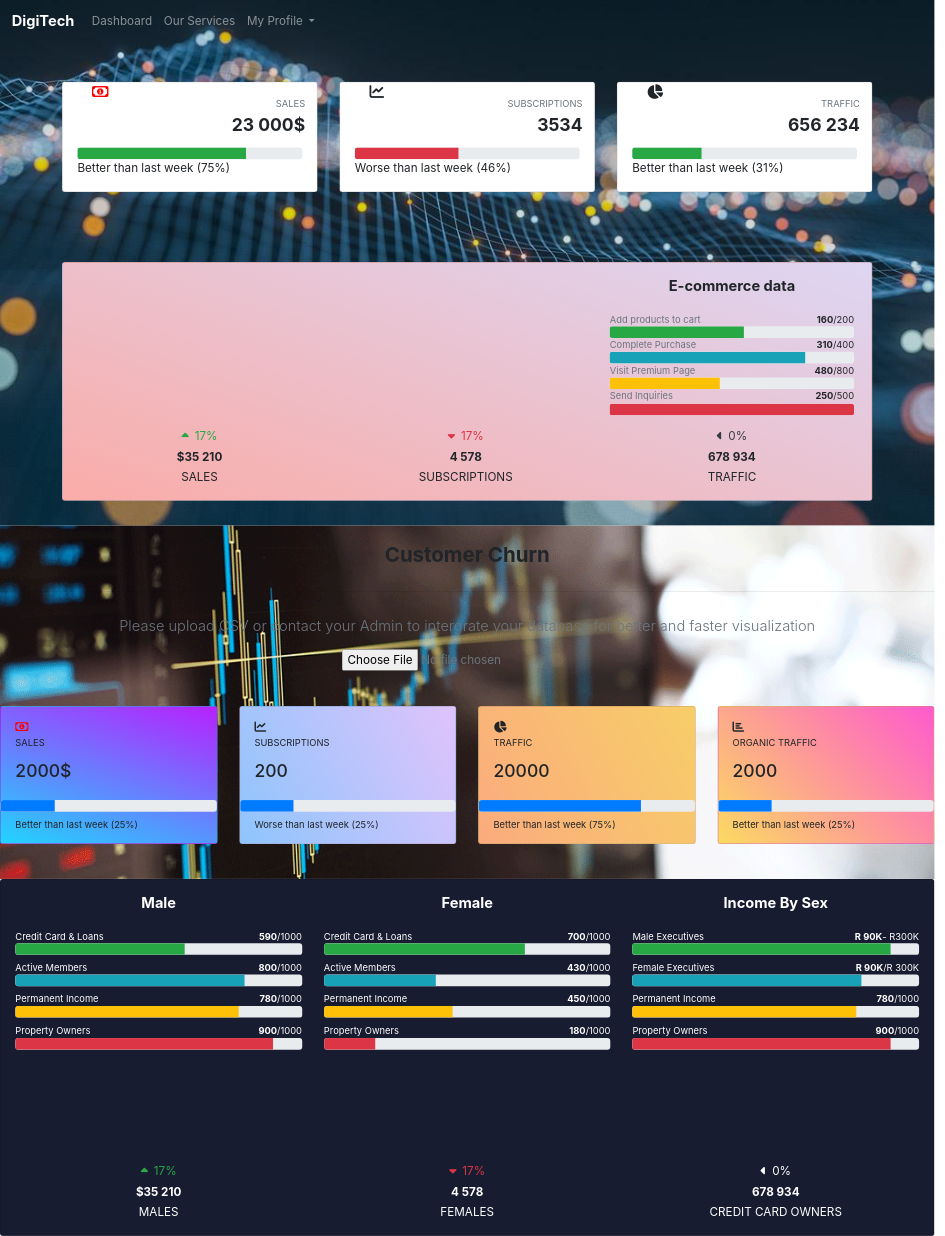
Repository: Tookliin/DigiTech
Page: /data
These files come from the project's save history. The page is drawn as it stood at one moment and after the next save; the edit follows.
The browser window is 1280 px wide. The page is 1295 px wide, so the pictures cover 1295 px, including what lies to the right of the window. The pictures show the whole page, at 73% of full size.
The project was rebuilt for these pictures with package versions that can differ from the ones it lists, and the page was loaded fresh each time. Also part of the build but not shown: src/components/Dashboard.vue, src/components/Profile.vue, src/components/Error.vue, src/components/Register.vue.

Above is the page before, as saved 2020-07-22 10:10:11.

### src/App.vue
<template>
  <div id="app">
    <main class="">
  <nav class="navbar fixed-top navbar-expand-lg navbar-dark scrolling-navbar">
        <a class="navbar-brand" href="/"><strong>DigiTech</strong></a>
        <button class="navbar-toggler" type="button" data-toggle="collapse" data-target="#navbarSupportedContent" aria-controls="navbarSupportedContent" aria-expanded="false" aria-label="Toggle navigation">
            <span class="navbar-toggler-icon"></span>
        </button>
        <div class="collapse navbar-collapse" id="navbarSupportedContent">
            <ul class="navbar-nav mr-auto">
              <router-link to="/">
              <a class="nav-link">Dashboard <span class="sr-only">(current)</span></a></router-link>

                <router-link to="/profile">
                  <a class="nav-link" >Our Services</a>
                </router-link>


                 <li class="nav-item dropdown">
          <a class="nav-link dropdown-toggle" id="navbarDropdownMenuLink-4" data-toggle="dropdown" aria-haspopup="true"
            aria-expanded="false">
           My Profile
          </a>
          <div class="dropdown-menu dropdown-menu-right dropdown-info" aria-labelledby="navbarDropdownMenuLink-4">
             <router-link to="/data">
             <a class="dropdown-item">Account</a></router-link>

             <router-link to="/register">
             <a class="dropdown-item">Register</a></router-link>

             <router-link to="/logout">
             <a class="dropdown-item">Log out</a></router-link>



            <!-- <a class="dropdown-item" href="/data">Our Clients</a> -->
          </div>
        </li>
            </ul>
        </div>
    </nav>
    </main>
    <router-view/>
  </div>
</template>
<script>
export default {
  name: "App",
  components:{

  },
  data(){
    return{}
  }
}
</script>

### src/assets/css/main.css
html,
body,
header,
.view {
  height: 100%;
}

.navbar {
    background-color: transparent;
}

@media (max-width: 740px) {
  html,
  body,
  header,
  .view {
    height: 1200px;
  }
}
@media (min-width: 800px) and (max-width: 850px) {
  html,
  body,
  header,
  .view {
    height: 700px;
  }
}

.top-nav-collapse {
  background-color: #39448c !important;
}

.navbar:not(.top-nav-collapse) {
  background: transparent !important;
}

@media (max-width: 991px) {
 .navbar:not(.top-nav-collapse) {
  background: #39448c !important;
 }
}

.far{
    color: red;
}

.dashboard{
    background-color: #21D4FD;
background-image: -webkit-linear-gradient(19deg, #21D4FD 0%, #B721FF 100%);
background-image: -moz-linear-gradient(19deg, #21D4FD 0%, #B721FF 100%);
background-image: -o-linear-gradient(19deg, #21D4FD 0%, #B721FF 100%);
background-image: linear-gradient(19deg, #21D4FD 0%, #B721FF 100%);
}

.profile{
background-color: #D9AFD9;
background-image: -webkit-linear-gradient(0deg, #D9AFD9 0%, #97D9E1 100%);
background-image: -moz-linear-gradient(0deg, #D9AFD9 0%, #97D9E1 100%);
background-image: -o-linear-gradient(0deg, #D9AFD9 0%, #97D9E1 100%);
background-image: linear-gradient(0deg, #D9AFD9 0%, #97D9E1 100%);

}


 .data{
    /* background-color: #FAACA8;
background-image: -webkit-linear-gradient(19deg, #FAACA8 0%, #DDD6F3 100%);
background-image: -moz-linear-gradient(19deg, #FAACA8 0%, #DDD6F3 100%);
background-image: -o-linear-gradient(19deg, #FAACA8 0%, #DDD6F3 100%);
background-image: linear-gradient(19deg, #FAACA8 0%, #DDD6F3 100%); */
background-image: url("../images/dsa.jpg");
background-position: center;
background-size: cover;;

 }

 .client-card{
     background-color: #FAACA8;
background-image: -webkit-linear-gradient(19deg, #FAACA8 0%, #DDD6F3 100%);
background-image: -moz-linear-gradient(19deg, #FAACA8 0%, #DDD6F3 100%);
background-image: -o-linear-gradient(19deg, #FAACA8 0%, #DDD6F3 100%);
background-image: linear-gradient(19deg, #FAACA8 0%, #DDD6F3 100%);
 }

 .customer-churn{
     /* background-attachment: fixed; */
     background-image: url("../images/ad.gif");
     background-position: center;
     background-size: cover;;
 }
.sales{
    background-color: #21D4FD;
    background-image: -webkit-linear-gradient(19deg, #21D4FD 0%, #B721FF 100%);
    background-image: -moz-linear-gradient(19deg, #21D4FD 0%, #B721FF 100%);
    background-image: -o-linear-gradient(19deg, #21D4FD 0%, #B721FF 100%);
    background-image: linear-gradient(19deg, #21D4FD 0%, #B721FF 100%);
}

.subscription{
    background-color: #8EC5FC;
    background-image: -webkit-linear-gradient(62deg, #8EC5FC 0%, #E0C3FC 100%);
    background-image: -moz-linear-gradient(62deg, #8EC5FC 0%, #E0C3FC 100%);
    background-image: -o-linear-gradient(62deg, #8EC5FC 0%, #E0C3FC 100%);
    background-image: linear-gradient(62deg, #8EC5FC 0%, #E0C3FC 100%);

}

.traffic{
    background-color: #FBAB7E;
    background-image: -webkit-linear-gradient(62deg, #FBAB7E 0%, #F7CE68 100%);
    background-image: -moz-linear-gradient(62deg, #FBAB7E 0%, #F7CE68 100%);
    background-image: -o-linear-gradient(62deg, #FBAB7E 0%, #F7CE68 100%);
    background-image: linear-gradient(62deg, #FBAB7E 0%, #F7CE68 100%);

}

.organic{
    background-color: #FBDA61;
    background-image: -webkit-linear-gradient(45deg, #FBDA61 0%, #FF5ACD 100%);
    background-image: -moz-linear-gradient(45deg, #FBDA61 0%, #FF5ACD 100%);
    background-image: -o-linear-gradient(45deg, #FBDA61 0%, #FF5ACD 100%);
    background-image: linear-gradient(45deg, #FBDA61 0%, #FF5ACD 100%);

}

### src/components/Organization.vue
<template>

<div class="">
<div class="data" style="height: 100vh;">

<div class="container ">
    <div class="row">
      <div class="col-lg-4 col-md-12 py-5 my-5">
        <div class="card mt-3">

          <div class="">
            <i class="far fa-money-bill-alt fa-lg primary-color z-depth-2 p-4 ml-3 mt-n3 rounded text-black"></i>
            <div class="float-right text-right p-3">
              <p class="text-uppercase text-muted mb-1"><small>sales</small></p>
              <h4 class="font-weight-bold mb-0">23 000$</h4>
            </div>
          </div>

          <div class="card-body pt-0">
            <div class="progress md-progress">
              <div class="progress-bar bg-success" role="progressbar" style="width: 75%" aria-valuenow="75" aria-valuemin="0"
                aria-valuemax="100"></div>
            </div>
            <p class="card-text">Better than last week (75%)</p>
          </div>
        </div>
      </div>

      <div class="col-lg-4 col-md-6 my-5 py-5">
        <div class="card mt-3">
          <div class="">
            <i class="fas fa-chart-line fa-lg teal z-depth-2 p-4 ml-3 mt-n3 rounded text-black"></i>
            <div class="float-right text-right p-3">
              <p class="text-uppercase text-muted mb-1"><small>subscriptions</small></p>
              <h4 class="font-weight-bold mb-0">3534</h4>
            </div>
          </div>
          <div class="card-body pt-0">
            <div class="progress md-progress">
              <div class="progress-bar bg-danger" role="progressbar" style="width: 46%" aria-valuenow="46" aria-valuemin="0"
                aria-valuemax="100"></div>
            </div>
            <p class="card-text">Worse than last week (46%)</p>
          </div>
        </div>
      </div>

      <div class="col-lg-4 col-md-6 my-5 py-5">
        <div class="card mt-3">
          <div class="">
            <i class="fas fa-chart-pie fa-lg purple z-depth-2 p-4 ml-3 mt-n3 rounded text-black"></i>
            <div class="float-right text-right p-3">
              <p class="text-uppercase text-muted mb-1"><small>traffic</small></p>
              <h4 class="font-weight-bold mb-0">656 234</h4>
            </div>
          </div>
          <div class="card-body pt-0">
            <div class="progress md-progress">
              <div class="progress-bar bg-success" role="progressbar" style="width: 31%" aria-valuenow="31" aria-valuemin="0"
                aria-valuemax="100"></div>
            </div>
            <p class="card-text">Better than last week (31%)</p>
          </div>
        </div>
      </div>
    </div>


    <!-- Client Behaviour -->
 <section>
      <div class=" client-card card">
        <div class="card-body mr-md-1">
          <div class="row mb-3">
            <div class="col-md-8 mb-4">
              <canvas id="barChart" height="100"></canvas>
            </div>
            <div class="col-md-4 mb-1 mb-md-0">
              <h5 class="text-center font-weight-bold mb-4">E-commerce data</h5>
              <div class="d-flex justify-content-between">
                <small class="text-muted">Add products to cart</small>
                <small><span><strong>160</strong></span>/<span></span>200</small>
              </div>
              <div class="progress md-progress">
                <div class="progress-bar bg-success" role="progressbar" style="width: 55%" aria-valuenow="55"
                  aria-valuemin="0" aria-valuemax="100"></div>
              </div>
              <div class="d-flex justify-content-between">
                <small class="text-muted">Complete Purchase</small>
                <small><span><strong>310</strong></span>/<span></span>400</small>
              </div>
              <div class="progress md-progress">
                <div class="progress-bar bg-info" role="progressbar" style="width: 80%" aria-valuenow="80"
                  aria-valuemin="0" aria-valuemax="100"></div>
              </div>
              <div class="d-flex justify-content-between">
                <small class="text-muted">Visit Premium Page</small>
                <small><span><strong>480</strong></span>/<span></span>800</small>
              </div>
              <div class="progress md-progress">
                <div class="progress-bar bg-warning" role="progressbar" style="width: 45%" aria-valuenow="45"
                  aria-valuemin="0" aria-valuemax="100"></div>
              </div>
              <div class="d-flex justify-content-between">
                <small class="text-muted">Send Inquiries</small>
                <small><span><strong>250</strong></span>/<span></span>500</small>
              </div>
              <div class="progress md-progress">
                <div class="progress-bar bg-danger" role="progressbar" style="width: 100%" aria-valuenow="100"
                  aria-valuemin="0" aria-valuemax="100"></div>
              </div>
            </div>
          </div>
          <div class="row text-center">
            <div class="col-md-4 mb-4 mb-md-0">
              <p class="text-success mb-1"><i class="fas fa-caret-up mr-2"></i>17%</p>
              <p class="font-weight-bold mb-1">$35 210</p>
              <p class="text-uppercase mb-md-0">Sales</p>
            </div>
            <div class="col-md-4 mb-4 mb-md-0">
              <p class="text-danger mb-1"><i class="fas fa-caret-down mr-2"></i>17%</p>
              <p class="font-weight-bold mb-1">4 578</p>
              <p class="text-uppercase mb-md-0">Subscriptions</p>
            </div>
            <div class="col-md-4 mb-0">
              <p class="text-dark mb-1"><i class="fas fa-caret-left mr-2"></i>0%</p>
              <p class="font-weight-bold mb-1">678 934</p>
              <p class="text-uppercase mb-0">Traffic</p>
            </div>
          </div>
        </div>
      </div>
    </section>
    </div>
    </div>

<!-- Customer Churn -->
<section class=" customer-churn py-4">

    <h3 class="font-weight-bold text-center dark-grey-text pb-2">
        Customer Churn</h3>
    <hr class="w-header my-4">
    <p class="lead text-center text-muted pt-2 mb-3">Please upload CSV or contact your Admin to intergrate your database for better and faster visualization

    </p>
    <div class="text-center text-muted mb-5">
        <input type="file" name="form" id="form">
        <a class="primary-color"></a>
    </div>


    <div class="row white-text">
      <div class="col-xl-3 col-md-6 mb-4">
        <div class="sales card classic-admin-card primary-color">
          <div class="card-body py-3">
            <i class="far fa-money-bill-alt"></i>
            <p class="small">SALES</p>
            <h4>2000$</h4>
          </div>
          <div class="progress md-progress">
            <div class="progress-bar grey darken-3" role="progressbar" style="width: 25%" aria-valuenow="25" aria-valuemin="0" aria-valuemax="100"></div>
          </div>
          <div class="card-body pt-2 pb-3">
            <p class="small mb-0">Better than last week (25%)</p>
          </div>
        </div>
      </div>

      <div class="col-xl-3 col-md-6 mb-4">
        <div class="subscription card classic-admin-card warning-color">
          <div class="card-body py-3">
            <i class="fas fa-chart-line"></i>
            <p class="small">SUBSCRIPTIONS</p>
            <h4>200</h4>
          </div>
          <div class="progress md-progress">
            <div class="progress-bar bg grey darken-3" role="progressbar" style="width: 25%" aria-valuenow="25" aria-valuemin="0" aria-valuemax="100"></div>
          </div>
          <div class="card-body pt-2 pb-3">
            <p class="small mb-0">Worse than last week (25%)</p>
          </div>
        </div>
      </div>

      <div class="col-xl-3 col-md-6 mb-4">
        <div class="traffic card classic-admin-card light-blue lighten-1">
          <div class="card-body py-3">
            <i class="fas fa-chart-pie"></i>
            <p class="small">TRAFFIC</p>
            <h4>20000</h4>
          </div>
          <div class="progress md-progress">
            <div class="progress-bar grey darken-3" role="progressbar" style="width: 75%" aria-valuenow="75" aria-valuemin="0" aria-valuemax="100"></div>
          </div>
          <div class="card-body pt-2 pb-3">
            <p class="small mb-0">Better than last week (75%)</p>
          </div>
        </div>
      </div>

      <div class="col-xl-3 col-md-6 mb-4">
        <div class="organic card classic-admin-card red accent-2">
          <div class="card-body py-3">
            <i class="fas fa-chart-bar"></i>
            <p class="small">ORGANIC TRAFFIC</p>
            <h4>2000</h4>
          </div>
          <div class="progress md-progress">
            <div class="progress-bar grey darken-3" role="progressbar" style="width: 25%" aria-valuenow="25" aria-valuemin="0" aria-valuemax="100"></div>
          </div>
          <div class="card-body pt-2 pb-3">
            <p class="small mb-0">Better than last week (25%)</p>
          </div>
        </div>
      </div>
    </div>
  </section>


   <section>

    <div class="card" style="background-color: #181C30;">
      <div class="card-body">

        <div class="row">
        <div class="col-md-4 mb-4">

          <h5 class="text-center text-white font-weight-bold mb-4">Male</h5>

          <div class="d-flex justify-content-between">
            <small class="text-white">Credit Card & Loans</small>
            <small class="text-white"><span><strong>590</strong></span>/<span></span>1000</small>
          </div>

          <div class="progress md-progress">
            <div class="progress-bar bg-success" role="progressbar" style="width: 59%"
        ></div>
          </div>

        <div class="d-flex justify-content-between mt-2">
            <small class="text-white">Active Members</small>
            <small class="text-white"><span><strong>800</strong></span>/<span></span>1000</small>
          </div>
          <div class="progress md-progress">
            <div class="progress-bar bg-info" role="progressbar" style="width: 80%"
            ></div>
          </div>

          <div class="d-flex justify-content-between mt-2">
            <small class="text-white">Permanent Income</small>
            <small class="text-white"><span><strong>780</strong></span>/<span></span>1000</small>
          </div>
          <div class="progress md-progress">
            <div class="progress-bar bg-warning" role="progressbar" style="width: 78%" ></div>
          </div>

          <div class="d-flex justify-content-between mt-2">
            <small class="text-white">Property Owners</small>
            <small class="text-white"><span><strong>900</strong></span>/<span></span>1000</small>
          </div>
          <div class="progress md-progress">
            <div class="progress-bar bg-danger" role="progressbar" style="width: 90%" ></div>
          </div>
        </div>


      <div class="col-md-4 mb-4">
          <h5 class="text-center text-white font-weight-bold mb-4">Female</h5>

          <div class="d-flex justify-content-between">
            <small class="text-white">Credit Card & Loans</small>
            <small class="text-white"><span><strong>700</strong></span>/<span></span>1000</small>
          </div>

          <div class="progress md-progress">
            <div class="progress-bar bg-success" role="progressbar" style="width: 70%"
        ></div>
          </div>

        <div class="d-flex justify-content-between mt-2">
            <small class="text-white">Active Members</small>
            <small class="text-white"><span><strong>430</strong></span>/<span></span>1000</small>
          </div>
          <div class="progress md-progress">
            <div class="progress-bar bg-info" role="progressbar" style="width: 39%"
            ></div>
          </div>

          <div class="d-flex justify-content-between mt-2">
            <small class="text-white">Permanent Income</small>
            <small class="text-white"><span><strong>450</strong></span>/<span></span>1000</small>
          </div>
          <div class="progress md-progress">
            <div class="progress-bar bg-warning" role="progressbar" style="width: 45%" ></div>
          </div>

          <div class="d-flex justify-content-between mt-2">
            <small class="text-white">Property Owners</small>
            <small class="text-white"><span><strong>180</strong></span>/<span></span>1000</small>
          </div>
          <div class="progress md-progress">
            <div class="progress-bar bg-danger" role="progressbar" style="width: 18%" ></div>
          </div>
        </div>



        <div class="col-md-4 mb-4">
          <h5 class="text-center text-white font-weight-bold mb-4">Income By Sex</h5>

          <div class="d-flex justify-content-between">
            <small class="text-white">Male Executives</small>
            <small class="text-white"><span><strong>R 90K</strong></span>-<span></span> R300K</small>
          </div>

          <div class="progress md-progress">
            <div class="progress-bar bg-success" role="progressbar" style="width: 90%"
        ></div>
          </div>

        <div class="d-flex justify-content-between mt-2">
            <small class="text-white">Female Executives</small>
            <small class="text-white"><span><strong>R 90K</strong></span>/<span></span>R 300K</small>
          </div>
          <div class="progress md-progress">
            <div class="progress-bar bg-info" role="progressbar" style="width: 80%"
            ></div>
          </div>

          <div class="d-flex justify-content-between mt-2">
            <small class="text-white">Permanent Income</small>
            <small class="text-white"><span><strong>780</strong></span>/<span></span>1000</small>
          </div>
          <div class="progress md-progress">
            <div class="progress-bar bg-warning" role="progressbar" style="width: 78%" ></div>
          </div>

          <div class="d-flex justify-content-between mt-2">
            <small class="text-white">Property Owners</small>
            <small class="text-white"><span><strong>900</strong></span>/<span></span>1000</small>
          </div>
          <div class="progress md-progress">
            <div class="progress-bar bg-danger" role="progressbar" style="width: 90%" ></div>
          </div>
        </div>
      </div>

        <canvas id="lineChart" class="mb-4" height="100"></canvas>
        <div class="row text-center text-white">
          <div class="col-md-4 mb-4 mb-md-0">
            <p class="text-success mb-1"><i class="fas fa-caret-up mr-2"></i>17%</p>
            <p class="font-weight-bold mb-1">$35 210</p>
            <p class="text-uppercase mb-md-0">Males</p>
          </div>

          <div class="col-md-4 mb-4 mb-md-0">
            <p class="text-danger mb-1"><i class="fas fa-caret-down mr-2"></i>17%</p>
            <p class="font-weight-bold mb-1">4 578</p>
            <p class="text-uppercase mb-md-0">Females</p>
          </div>

          <div class="col-md-4 mb-0">
            <p class="text-grey mb-1"><i class="fas fa-caret-left mr-2"></i>0%</p>
            <p class="font-weight-bold mb-1">678 934</p>
            <p class="text-uppercase mb-0">Credit Card Owners</p>
          </div>
        </div>
      </div>
    </div>
  </section>
    </div>
</template>
<script>
export default {
    name: 'Profile',
    props:{


    }, data() {
        return {
            male: 8137,
            labels: ["Red", "Blue", "Yellow", "Green", "Purple", "Orange"],




        }
    },
    mounted() {

    this.ctxB = document.getElementById("barChart").getContext('2d');
    this.myBarChart =  {
      type: 'bar',
      data: {
        labels: ["Red", "Blue", "Yellow", "Green", "Purple", "Orange"],
        datasets: [{
          label: '# of Votes',
          data: [12, 19, 3, 5, 2, 3],
          backgroundColor: [
            'rgba(255, 99, 132, 0.2)',
            'rgba(54, 162, 235, 0.2)',
            'rgba(255, 206, 86, 0.2)',
            'rgba(75, 192, 192, 0.2)',
            'rgba(153, 102, 255, 0.2)',
            'rgba(255, 159, 64, 0.2)'
          ],
          borderColor: [
            'rgba(255,99,132,1)',
            'rgba(54, 162, 235, 1)',
            'rgba(255, 206, 86, 1)',
            'rgba(75, 192, 192, 1)',
            'rgba(153, 102, 255, 1)',
            'rgba(255, 159, 64, 1)'
          ],
          borderWidth: 1
        }]
      },
      options: {
        scales: {
          yAxes: [{
            ticks: {
              beginAtZero: true
            }
          }]
        }
      }
    };
    },
    methods: {

    },
}
</script>

Loaded but not shown: public/index.html (common file); src/main.js (35 lines, source omitted)

After the next save:
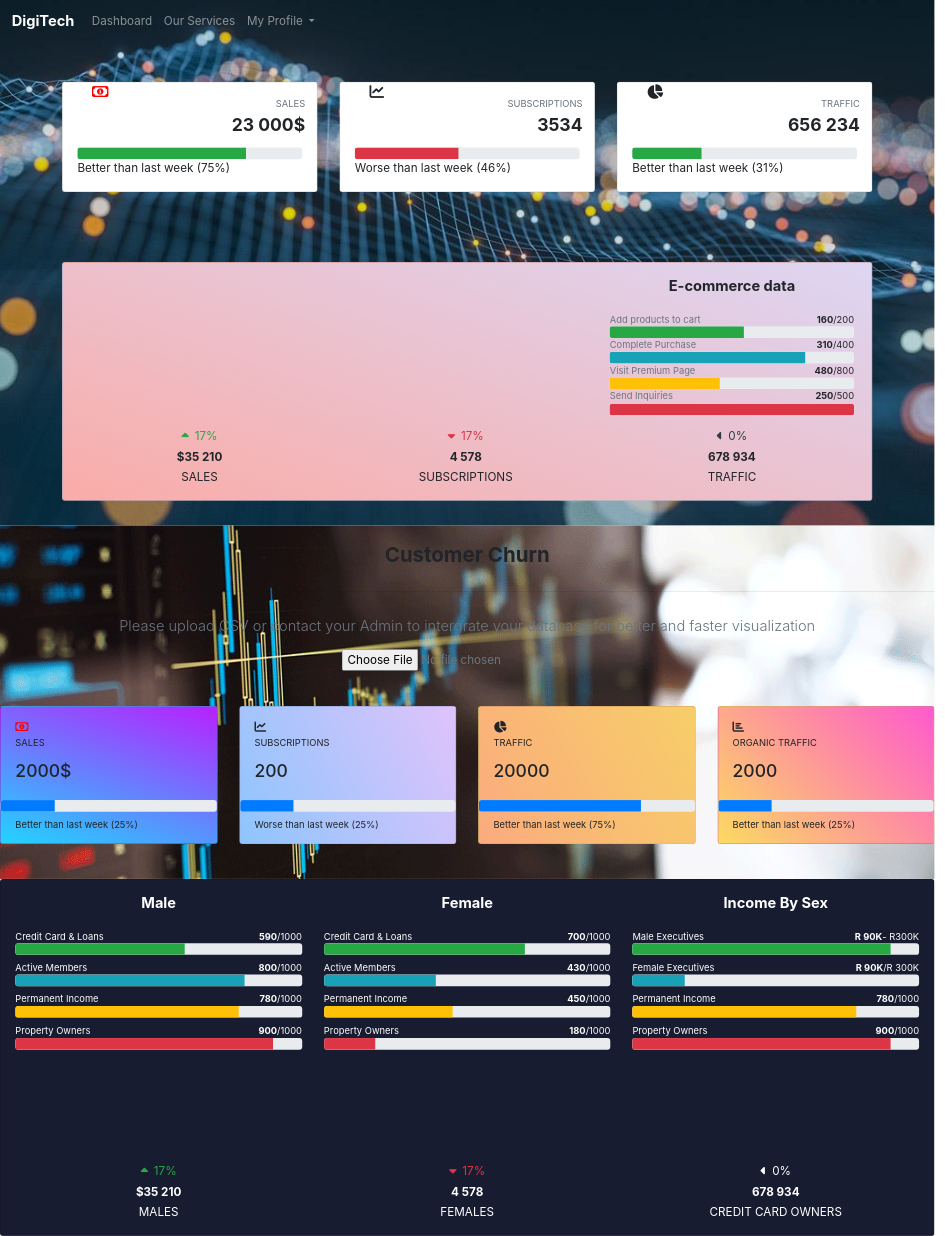
Saved 16 s later.
--- a/src/components/Organization.vue
+++ b/src/components/Organization.vue
@@ -322,7 +322,7 @@
             <small class="text-white"><span><strong>R 90K</strong></span>/<span></span>R 300K</small>
           </div>
           <div class="progress md-progress">
-            <div class="progress-bar bg-info" role="progressbar" style="width: 80%"
+            <div class="progress-bar bg-info" role="progressbar" style="width: 18.2%"
             ></div>
           </div>
 
